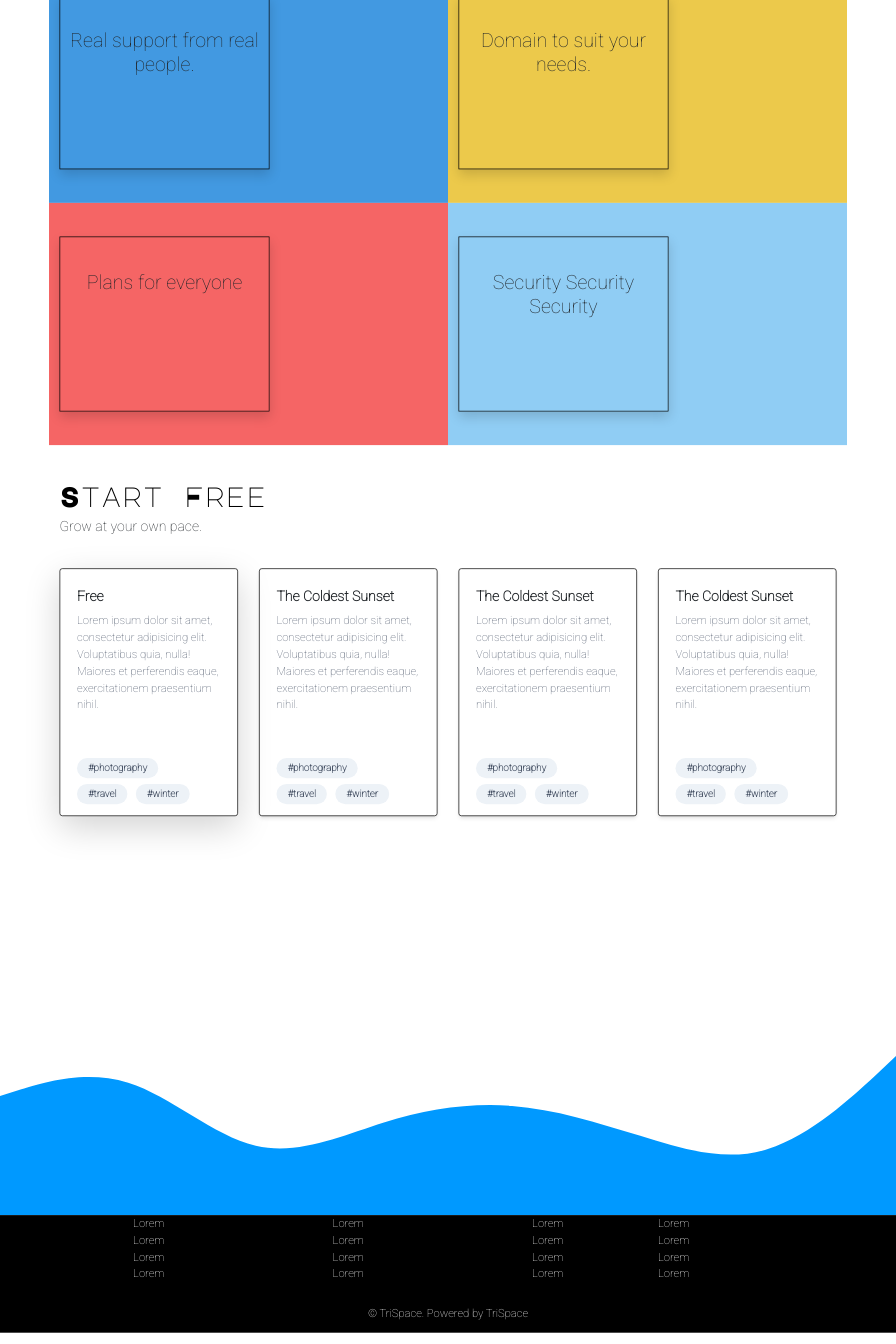
Repository: latenightsnacc/TriSpace
Page: home.html
These files come from the project's save history. The page is drawn as it stood at one moment and after the next save; the edit follows.
The browser window is 1280 px wide. The pictures show the part of the page from y = 3437 to 5357 px (the page is 5357 px tall), at 70% of full size.
The style sheet was rebuilt from its Sass, Less or Tailwind sources for each picture, by a compiler version that may differ from the author's.

Above is the page before, as saved 2020-11-20 10:22:46.

### home.html
<!DOCTYPE html>
<html lang="en">
<head>
    <meta charset="UTF-8">
    <meta name="viewport" content="width=device-width, initial-scale=1.0">
    <!--Tailwind CDN-->
    <link rel="stylesheet" href="https://cdnjs.cloudflare.com/ajax/libs/tailwindcss/1.9.6/base.min.css" integrity="sha512-hEjkvMSM0ql6VJcNK0gTmjt9ar8F2yHeBUbJKtyvQhkkbGMhiJ4+MaiB8XxsthLAHJx5vy2I9dN0un8HiWG2LA==" crossorigin="anonymous" />
    <link rel="stylesheet" href="https://cdnjs.cloudflare.com/ajax/libs/tailwindcss/1.9.6/components.min.css" integrity="sha512-TizAONqhvXjEfRPhptSUkZNVU497PzAnXNGNUoeOjeni4dHpJ+ak+ZsyoGna20LH/yg1PvdufN1VbnVQeVDftg==" crossorigin="anonymous" />
    <link rel="stylesheet" href="https://cdnjs.cloudflare.com/ajax/libs/tailwindcss/1.9.6/tailwind.css" integrity="sha512-HY1FOTeAX9idUBWDhVDrBg8QUHBisKVQ4BCVj1jFo5z76mk87w4Rr5YGP8nBkcGmoMzqYvdeXHMOg/olF45z3g==" crossorigin="anonymous" />
    <link rel="stylesheet" href="https://cdnjs.cloudflare.com/ajax/libs/tailwindcss/1.9.6/utilities.min.css" integrity="sha512-0QJfuLKyYJWGB5hKArJW67xqMLDlR8YaLM/ZuW2mRn4NRwHNsGm7UuREc5Fu7jONHyewPKnGODY0N8G+FQbfxg==" crossorigin="anonymous" />
    <!--Bootstrap CDN-->
    <link rel="stylesheet" href="https://cdn.jsdelivr.net/npm/bootstrap@4.5.3/dist/css/bootstrap.min.css" integrity="sha384-TX8t27EcRE3e/ihU7zmQxVncDAy5uIKz4rEkgIXeMed4M0jlfIDPvg6uqKI2xXr2" crossorigin="anonymous">
    <!--Custom Stylesheet-->
    <link rel="stylesheet" href="styles/stylesheet.css">
    <!--Favicon-->
    <link rel="shortcut icon" href="assets/Logo/TriSpaceIcon.png" type="image/x-icon">
    <title>Home</title>
</head>
<body>
    <!--Wrapper-->
    <div class="wrapper">
        <!--Navbar-->
        <nav class="navbar navbar-expand-lg navbar-light fixed-top p-3 mb-5 bg-white rounded" id="navbar">
            <div class="container align-middle">
                <a class="navbar-brand" href="index.html">
                    <img src="assets/Logo/TriSpaceMobileLogo1.png" alt="TriSpace Logo" height="40px" width="70px"/>
                </a>
                <button class="navbar-toggler" type="button" data-toggle="collapse" data-target="#navbarNavDropdown" aria-controls="navbarNavDropdown" aria-expanded="false" aria-label="Toggle navigation">
                <span class="navbar-toggler-icon"></span>
                </button>
                <div class="collapse navbar-collapse" id="navbarNavDropdown">
                <ul class="navbar-nav nav-menu ml-auto align-middle">
                    <li class="nav-item active mr-3">
                    <a class="nav-link" href="index.html">Home</a>
                    </li>
                    <li class="nav-item dropdown mr-3">
                        <a class="nav-link dropdown-toggle" href="products.html" id="navbarDropdownMenuLink" role="button" data-toggle="dropdown" aria-haspopup="true" aria-expanded="false">
                        Products
                        </a>
                        <div class="dropdown-menu" aria-labelledby="navbarDropdownMenuLink">
                        <a class="dropdown-item" href="#">Blog</a>
                        <a class="dropdown-item" href="#">Website</a>
                        <a class="dropdown-item" href="#">E-commerce</a>
                        <a class="dropdown-item" href="#">Domain</a>
                        <a class="dropdown-item" href="#">Hosting</a>
                        </div>
                    </li>
                    <li class="nav-item mr-3">
                    <a class="nav-link" href="pricing.html">Pricing</a>
                    </li>
                    <li class="nav-item mr-3">
                        <a class="nav-link" href="#">Login</a>
                    </li>
                    <li class="nav-item mr-3">
                        <a class="nav-link btn blue text-white px-4 py-3 hover:shadow-2xl" href="#">Get Started</a>
                    </li>
                </ul>
                </div>
            </div>
        </nav>
        <!-- End of Navbar-->

        <!--Banner-->
        <div class="min-h-screen  mt-5" id="banner">
            <div class="container">
                <div class="row pt-5">
                    <!--Banner Text-->
                    <div class="col-xs-12 col-s-12 col-md-6 col-lg-6 col-xl-6">
                        <div class="text-box banner-txt">
                            <h1 class="">Grow your business.<br/> Anywhere, anytime.</h1>
                            <h5 class="span-title py-3 text-2l">Get started for free on TriSpace</h5>
                            <button class="bg-black hover:bg-blue-500 text-white font-bold py-3 px-5 rounded">Start</button>
                        </div>
                    </div>
                    <!--Banner Image-->
                    <div class="col-xs-12 col-s-12 col-md-6 col-lg-6 col-xl-6">
                        <a href="#">
                            <img class="banner-img" src="" alt="banner image"/>
                        </a>
                    </div>
                </div>
            </div>
        </div>
        <!--End of Banner-->

        <!--Services-->
        <div class="min-h-screen mt-5 mb-5" id="services">
            <div class="container">
                <div class="absolute-box">
                    <div class="title-box text-center mb-5">
                        <h2 class="section-title pb-5">Start <span class="section-title">website. </span><span class="color">Sell your products.</span><br/><span class="color">Start a blog.</span> </h2>
                    </div>
                    <div class="images">
                        <div class="img-1 ">
                            <a href="#">
                                <img src="assets/Template-1.jpg" alt="Build a website" />
                            </a>
                        </div>
                        <div class="img-2 motion-reduce:animate-bounce">
                            <a href="#">
                                <img src="assets/Template-1.jpg" alt="Build a website" />
                            </a>
                        </div>
                        <div class="img-3">
                            <a href="#">
                                <img src="assets/Template-1.jpg" alt="Build a website" />
                            </a>
                        </div>
                    </div>
                </div>
            </div>
        </div>
        <!--End of Services-->

         <!--Responsive Design-->
        <div class="min-h-screen mt-5 mb-5" id="themes">
            <div class="container">
                <div class="title-box">
                    <h2 class="section-title">Stand Out <span class="text-4xl span-title">with our responsive professionally designed themes.</h2>
                </div>
                <div class="row">
                    <div class="col-xs-12 col-s-12 col-md-6 col-lg-4 col-xl-4">
                        <div class="clear-box"></div>
                    </div>
                    <div class="col-xs-12 col-s-12 col-md-6 col-lg-4 col-xl-4">
                        <div class="clear-box"></div>
                    </div>
                    <div class="col-xs-12 col-s-12 col-md-6 col-lg-4 col-xl-4">
                        <div class="clear-box"></div>
                    </div>
                    <div class="col-xs-12 col-s-12 col-md-6 col-lg-4 col-xl-4 mt-5">
                        <div class="clear-box"></div>
                    </div>
                    <div class="col-xs-12 col-s-12 col-md-6 col-lg-4 col-xl-4 mt-5">
                        <div class="clear-box"></div>
                    </div>
                    <div class="col-xs-12 col-s-12 col-md-6 col-lg-4 col-xl-4 mt-5">
                        <div class="clear-box"></div>
                    </div>
                </div>
            </div>
        </div>
        <!--End of R.D-->

        <!--Templates-->
        <div class="min-h-screen mt-5 mb-5" id="templates">
            <div class="container">
                <div class="title-box mb-5">
                    <h2 class="section-title">Create Simply </h2>
                    <h4 class="section-title">Build any kind of website</h4>
                    <p class="span-title">No code, no limits, no stress.</p>
                </div>
                <div class="row">
                    <div class="col-xs-12 col-s-12 col-md-6 col-lg-6 col-xl-6">
                        <div id="clr1" class="text-center mt-5">
                        </div>
                    </div>
                    <div class="col-xs-12 col-s-12 col-md-6 col-lg-6 col-xl-6">
                        <div class="row flex-wrap">
                            <div class="col-xs-12 col-s-12 col-md-12 col-lg-12 col-xl-12">
                                <div id="clr2" class="mt-5">

                                </div>
                            </div>
                            <div class="col-xs-12 col-s-12 col-md-12 col-lg-12 col-xl-12">
                                <div id="clr3">

                                </div>
                            </div>
                        </div>
                    </div>
                </div>
            </div>
        </div>
        <!--End of Templates-->

        <!--Why TriSpace-->
        <div class="min-h-screen mt-5 mb-5" id="services">
            <div class="container">
                <div class="title-box mb-5">
                    <h2 class="section-title">We've got you covered.</h2>
                    <p>Your website is just the beginning.</p>
                </div>
                <div class="row">
                    <div class="col-xs-12 col-s-12 col-md-6 col-lg-6 col-xl-6 bg-blue-500">
                        <div class="clear-box mt-5 mb-5">
                            <h3 class="text-center pt-5">Real support from real people.</h3>
                        </div>
                    </div>
                    <div class="col-xs-12 col-s-12 col-md-6 col-lg-6 col-xl-6 bg-yellow-500">
                        <div class="clear-box mt-5 mb-5">
                            <h3 class="text-center pt-5">Domain to suit your needs.</h3>
                        </div>
                    </div>
                    <div class="col-xs-12 col-s-12 col-md-6 col-lg-6 col-xl-6 bg-red-500">
                        <div class="clear-box mt-5 mb-5">
                            <h3 class="text-center pt-5">Plans for everyone</h3>
                        </div>
                    </div>
                    <div class="col-xs-12 col-s-12 col-md-6 col-lg-6 col-xl-6 bg-blue-300">
                        <div class="clear-box mt-5 mb-5">
                            <h3 class="text-center pt-5">Security Security Security</h3>
                        </div>
                    </div>
                </div>
            </div>
        </div>
        <!--End of Why TriSpace-->

        <!--Pricing-->
        <div class="min-h-screen mb-5 " id="pricing">
            <div class="container">
                <div class="title-box mb-5">
                    <h2 class="section-title">Start Free </h2>
                    <h5> Grow at your own pace.</h5>
                </div>
                <div class="row">
                    <div class="col-xs-12 col-s-12 col-md-3 col-lg-3 col-xl-3">
                        <div class="max-w-sm rounded overflow-hidden shadow-lg mb-5 border-2 border-blue-400 price-card">
                            <div class="px-6 py-4">
                            <div class="font-bold text-xl mb-2">Free</div>
                            <p class="text-gray-700 text-base">
                                Lorem ipsum dolor sit amet, consectetur adipisicing elit. Voluptatibus quia, nulla! Maiores et perferendis eaque, exercitationem praesentium nihil.
                            </p>
                            </div>
                            <div class="px-6 pt-4 pb-2">
                            <span class="inline-block bg-gray-200 rounded-full px-3 py-1 text-sm font-semibold text-gray-700 mr-2 mb-2">#photography</span>
                            <span class="inline-block bg-gray-200 rounded-full px-3 py-1 text-sm font-semibold text-gray-700 mr-2 mb-2">#travel</span>
                            <span class="inline-block bg-gray-200 rounded-full px-3 py-1 text-sm font-semibold text-gray-700 mr-2 mb-2">#winter</span>
                            </div>
                        </div>
                    </div>
                    <div class="col-xs-12 col-s-12 col-md-3 col-lg-3 col-xl-3">
                        <div class="max-w-sm rounded overflow-hidden shadow-md mb-5 border-2 border-blue-400 price-card transition ease-out duration-700 ...">
                            <div class="px-6 py-4">
                            <div class="font-bold text-xl mb-2">The Coldest Sunset</div>
                            <p class="text-gray-700 text-base">
                                Lorem ipsum dolor sit amet, consectetur adipisicing elit. Voluptatibus quia, nulla! Maiores et perferendis eaque, exercitationem praesentium nihil.
                            </p>
                            </div>
                            <div class="px-6 pt-4 pb-2">
                            <span class="inline-block bg-gray-200 rounded-full px-3 py-1 text-sm font-semibold text-gray-700 mr-2 mb-2">#photography</span>
                            <span class="inline-block bg-gray-200 rounded-full px-3 py-1 text-sm font-semibold text-gray-700 mr-2 mb-2">#travel</span>
                            <span class="inline-block bg-gray-200 rounded-full px-3 py-1 text-sm font-semibold text-gray-700 mr-2 mb-2">#winter</span>
                            </div>
                        </div>
                    </div>
                    <div class="col-xs-12 col-s-12 col-md-3 col-lg-3 col-xl-3">
                        <div class="max-w-sm rounded overflow-hidden shadow-md mb-5 border-2 border-blue-400 price-card" >
                            <div class="px-6 py-4">
                            <div class="font-bold text-xl mb-2">The Coldest Sunset</div>
                            <p class="text-gray-700 text-base">
                                Lorem ipsum dolor sit amet, consectetur adipisicing elit. Voluptatibus quia, nulla! Maiores et perferendis eaque, exercitationem praesentium nihil.
                            </p>
                            </div>
                            <div class="px-6 pt-4 pb-2">
                            <span class="inline-block bg-gray-200 rounded-full px-3 py-1 text-sm font-semibold text-gray-700 mr-2 mb-2">#photography</span>
                            <span class="inline-block bg-gray-200 rounded-full px-3 py-1 text-sm font-semibold text-gray-700 mr-2 mb-2">#travel</span>
                            <span class="inline-block bg-gray-200 rounded-full px-3 py-1 text-sm font-semibold text-gray-700 mr-2 mb-2">#winter</span>
                            </div>
                        </div>
                    </div>
                    <div class="col-xs-12 col-s-12 col-md-3 col-lg-3 col-xl-3">
                        <div class="max-w-sm rounded overflow-hidden shadow-md price-card">
                            <div class="px-6 py-4">
                            <div class="font-bold text-xl mb-2">The Coldest Sunset</div>
                            <p class="text-gray-700 text-base">
                                Lorem ipsum dolor sit amet, consectetur adipisicing elit. Voluptatibus quia, nulla! Maiores et perferendis eaque, exercitationem praesentium nihil.
                            </p>
                            </div>
                            <div class="px-6 pt-4 pb-2">
                            <span class="inline-block bg-gray-200 rounded-full px-3 py-1 text-sm font-semibold text-gray-700 mr-2 mb-2">#photography</span>
                            <span class="inline-block bg-gray-200 rounded-full px-3 py-1 text-sm font-semibold text-gray-700 mr-2 mb-2">#travel</span>
                            <span class="inline-block bg-gray-200 rounded-full px-3 py-1 text-sm font-semibold text-gray-700 mr-2 mb-2">#winter</span>
                            </div>
                        </div>
                    </div>
                </div>
            </div>
        </div>
        <!--End of Pricing-->

        <!--SVG BACKGROUND-->
        <svg xmlns="http://www.w3.org/2000/svg" viewBox="0 0 1440 320"><path fill="#0099ff" fill-opacity="1" d="M0,128L34.3,117.3C68.6,107,137,85,206,106.7C274.3,128,343,192,411,208C480,224,549,192,617,170.7C685.7,149,754,139,823,144C891.4,149,960,171,1029,192C1097.1,213,1166,235,1234,213.3C1302.9,192,1371,128,1406,96L1440,64L1440,320L1405.7,320C1371.4,320,1303,320,1234,320C1165.7,320,1097,320,1029,320C960,320,891,320,823,320C754.3,320,686,320,617,320C548.6,320,480,320,411,320C342.9,320,274,320,206,320C137.1,320,69,320,34,320L0,320Z"></path></svg>
        <!--End of SVG-->

        <!--Footer-->
        <div class="footer bg-black">
            <div class="container">
                <div class="row ">
                    <div class="col-xs-6 col-sm-6 col-md-3 col-lg-3 col-xl-3">
                        <ul class="footer-menu text-center">
                            <li>
                                <a href="#" class="text-white footer-link">Lorem</a>
                            </li>
                            <li>
                                <a href="#" class="text-white footer-link">Lorem</a>
                            </li>
                            <li>
                                <a href="#" class="text-white footer-link">Lorem</a>
                            </li>
                            <li>
                                <a href="#" class="text-white footer-link">Lorem</a>
                            </li>
                        </ul>
                    </div>
                    <div class="col-xs-6 col-sm-6 col-md-3 col-lg-3 col-xl-3">
                        <ul class="footer-menu text-center">
                            <li>
                                <a href="#" class="text-white footer-link">Lorem</a>
                            </li>
                            <li>
                                <a href="#" class="text-white footer-link">Lorem</a>
                            </li>
                            <li>
                                <a href="#" class="text-white footer-link">Lorem</a>
                            </li>
                            <li>
                                <a href="#" class="text-white footer-link">Lorem</a>
                            </li>
                        </ul>
                    </div>
                    <div class="col-xs-6 col-sm-6 col-md-3 col-lg-3 col-xl-3">
                        <ul class="footer-menu text-center">
                            <li>
                                <a href="#" class="text-white footer-link">Lorem</a>
                            </li>
                            <li>
                                <a href="#" class="text-white footer-link">Lorem</a>
                            </li>
                            <li>
                                <a href="#" class="text-white footer-link">Lorem</a>
                            </li>
                            <li>
                                <a href="#" class="text-white footer-link">Lorem</a>
                            </li>
                        </ul>
                    </div>
                    <div class="col-xs-6 col-sm-6 col-md-3 col-lg-3 col-xl-3">
                        <ul class="footer-menu">
                            <li>
                                <a href="#" class="text-white footer-link">Lorem</a>
                            </li>
                            <li>
                                <a href="#" class="text-white footer-link">Lorem</a>
                            </li>
                            <li>
                                <a href="#" class="text-white footer-link">Lorem</a>
                            </li>
                            <li>
                                <a href="#" class="text-white footer-link">Lorem</a>
                            </li>
                        </ul>
                    </div>
                </div>
                <p class="text-center text-white py-3">&copy; TriSpace. Powered by TriSpace</p>
            </div>
        </div>
    </div>
    <!--Bootstrap Scripts-->
    <script src="https://code.jquery.com/jquery-3.5.1.slim.min.js" integrity="sha384-DfXdz2htPH0lsSSs5nCTpuj/zy4C+OGpamoFVy38MVBnE+IbbVYUew+OrCXaRkfj" crossorigin="anonymous"></script>
    <script src="https://cdn.jsdelivr.net/npm/popper.js@1.16.1/dist/umd/popper.min.js" integrity="sha384-9/reFTGAW83EW2RDu2S0VKaIzap3H66lZH81PoYlFhbGU+6BZp6G7niu735Sk7lN" crossorigin="anonymous"></script>
    <script src="https://cdn.jsdelivr.net/npm/bootstrap@4.5.3/dist/js/bootstrap.min.js" integrity="sha384-w1Q4orYjBQndcko6MimVbzY0tgp4pWB4lZ7lr30WKz0vr/aWKhXdBNmNb5D92v7s" crossorigin="anonymous"></script>
    <script src="js/main.js"></script>
</body>

### styles/_variables.scss
@import url('https://fonts.googleapis.com/css2?family=Chewy&display=swap');
@import url('https://fonts.googleapis.com/css2?family=Major+Mono+Display&display=swap');
@import url('https://fonts.googleapis.com/css2?family=Roboto:wght@100&display=swap');
$font: -apple-system, BlinkMacSystemFont, 'Segoe UI', Roboto, Oxygen, Ubuntu, Cantarell, 'Open Sans', 'Helvetica Neue', sans-serif;
$FONT1: 'Chewy', cursive;
$font2: 'Major Mono Display', monospace;
$font3: 'Roboto', sans-serif;
$primary: #fff;
$darkB: #02081d;
$lightB: #cce1ea;
//$blue: #0263e4;
$blue: black;
$red: #ca1b11;
$yellow : yellow;
$dB: #081a5a;

Loaded but not shown: js/main.js (30 lines, source omitted); styles/stylesheet.scss (186 lines, source omitted)

After the next save:
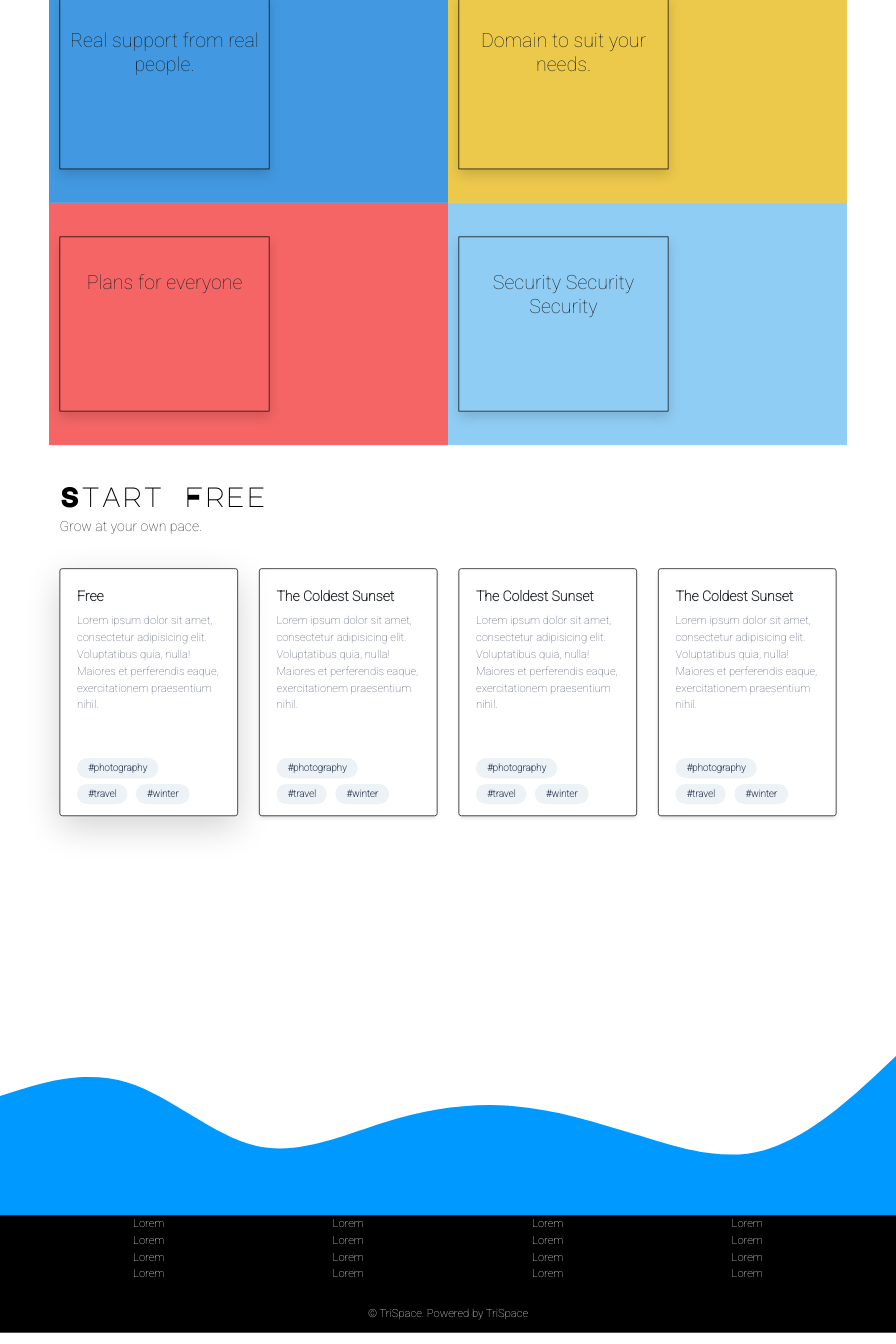
Saved 10 s later.
--- a/home.html
+++ b/home.html
@@ -337,7 +337,7 @@
                         </ul>
                     </div>
                     <div class="col-xs-6 col-sm-6 col-md-3 col-lg-3 col-xl-3">
-                        <ul class="footer-menu">
+                        <ul class="footer-menu text-center">
                             <li>
                                 <a href="#" class="text-white footer-link">Lorem</a>
                             </li>
